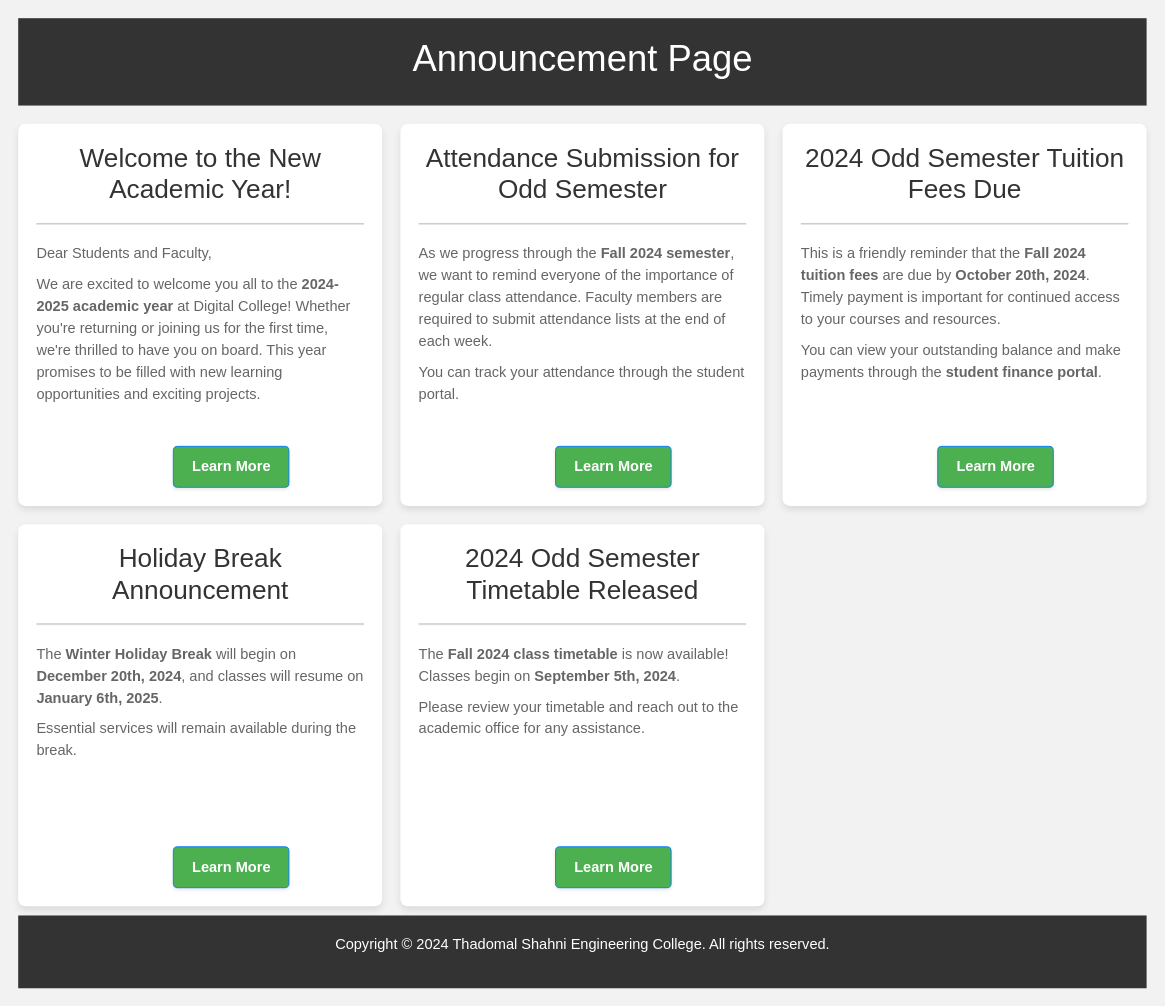
Repository: TejasS1233/MINITHON-hackathon-project
Page: annoucementpage.html
The author's editor kept a copy of each file at every save. The page is drawn from the files as they stood at one save, then again after the next save.
The browser window is 1280 px wide. The pictures show the whole page, at 91% of full size.

Above is the page before, as saved 2024-09-20 11:46:38.

After the next save:
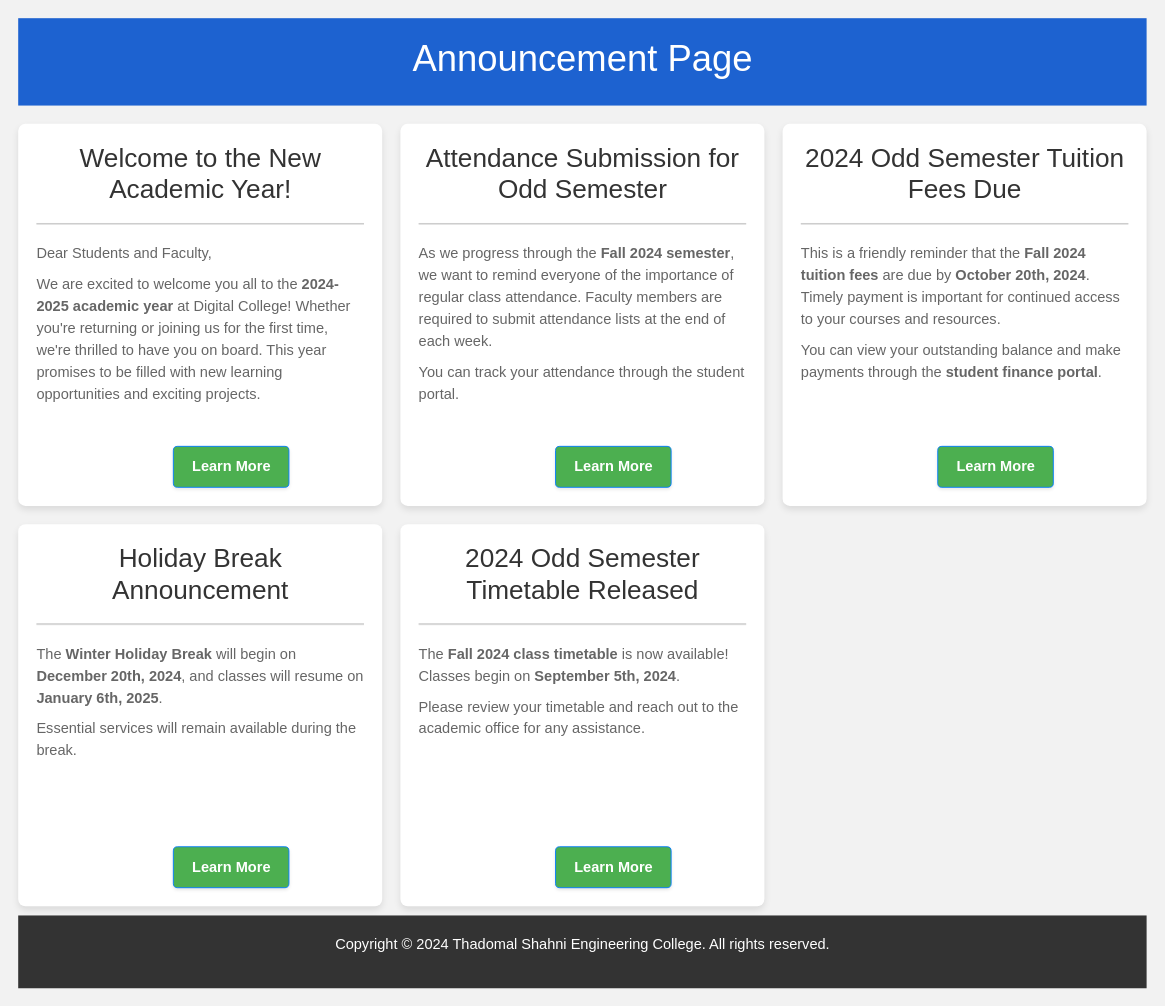
Saved 3 min 37 s later.
--- a/announcementpage.css
+++ b/announcementpage.css
@@ -14,7 +14,7 @@ body {
 }
 
 .announcement-heading {
-    background-color: #333;
+    background-color: #1d62d0;
     color: #fff;
     padding: 20px 0;
     text-align: center;
